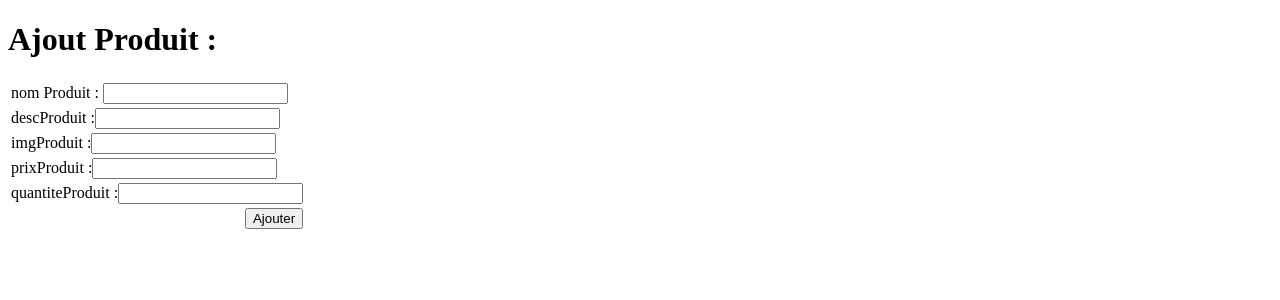
Repository: EBusinesss/Ebusiness
Page: http://localhost/EcomWEB/
The author's editor kept a copy of each file at every save. The page is drawn from the files as they stood at one save, then again after the next save.
The browser window is 1280 px wide. The pictures show the whole page.
The page is served by Tomcat 9. Nobody is signed in. The application's start-up code is not run.

Above is the page before, as saved 2014-12-06 21:38:16.

After the next save:
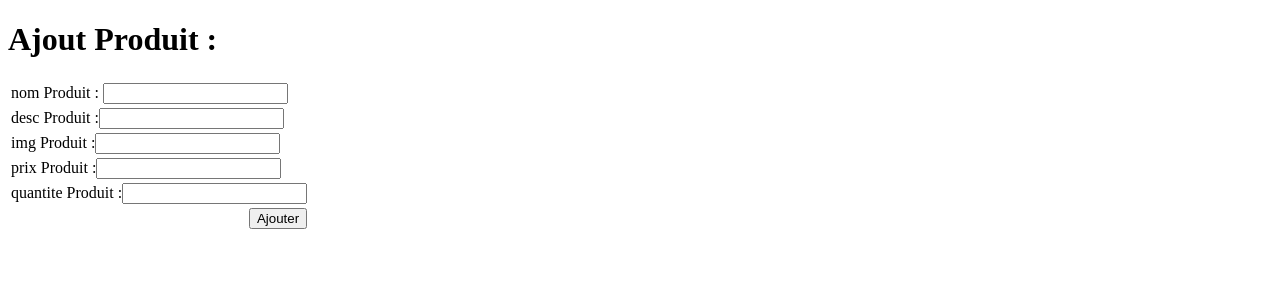
Saved 18 s later.
--- a/Workspace/EcomWEB/WebContent/index.jsp
+++ b/Workspace/EcomWEB/WebContent/index.jsp
@@ -11,10 +11,10 @@
 		<form action="AddProductServlet" method="post">
 		<table>
 			<tr><td> nom Produit 		: <input type="text" name="nomProduit" width="25"></td></tr>
-			<tr><td> descProduit 		:<input type="text" name="descProduit" width="25"></td></tr>
-			<tr><td> imgProduit			:<input type="text" name="imgProduit" width="25"></td></tr>
-			<tr><td> prixProduit 		:<input type="text" name="prixProduit" width="25"></td></tr>
-			<tr><td> quantiteProduit	:<input type="text" name="quantiteProduit" width="25"></td></tr>
+			<tr><td> desc Produit 		:<input type="text" name="descProduit" width="25"></td></tr>
+			<tr><td> img Produit		:<input type="text" name="imgProduit" width="25"></td></tr>
+			<tr><td> prix Produit 		:<input type="text" name="prixProduit" width="25"></td></tr>
+			<tr><td> quantite Produit	:<input type="text" name="quantiteProduit" width="25"></td></tr>
 			<tr>
 				<td align="right" colspan="3">
 					<button name="submit" type="submit">Ajouter</button>
